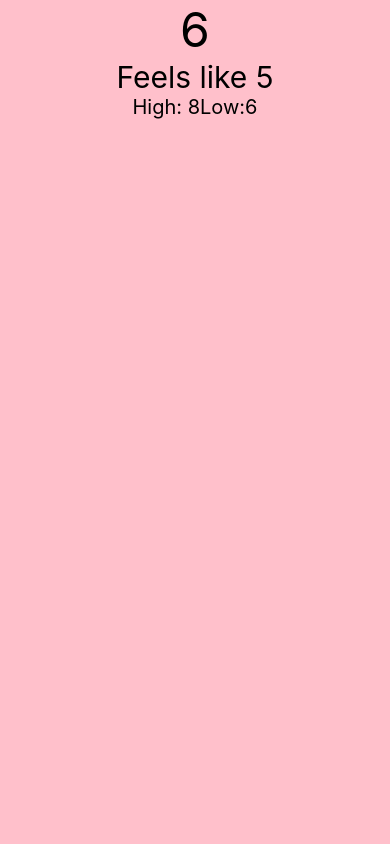
Repository: braduku28/react-weather-app
Screen: / (app in WeatherApp/)
An editor plug-in stored every save of this project. The screen is shown before and after the next save, followed by the edit.
The app was drawn by React Native's web renderer in a window 390 px wide. The project was rebuilt for these pictures with package versions that can differ from the ones it lists, and the page was loaded fresh each time.

Above is the screen before, as saved 2023-10-10 14:38:43.

After the next save:
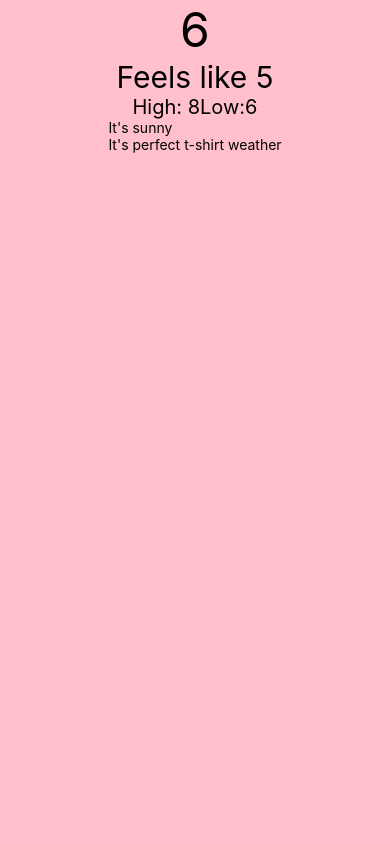
Saved 36 s later.
--- a/WeatherApp/App.tsx
+++ b/WeatherApp/App.tsx
@@ -11,6 +11,10 @@ const App = () =>{
       <View style={styles.highLowWrapper}>
         <Text style={styles.highLow}>High: 8</Text>
         <Text style={styles.highLow}>Low:6</Text>
+      </View>
+      <View>
+        <Text>It's sunny</Text>
+        <Text>It's perfect t-shirt weather</Text>
       </View>
       </View>
     </SafeAreaView>
